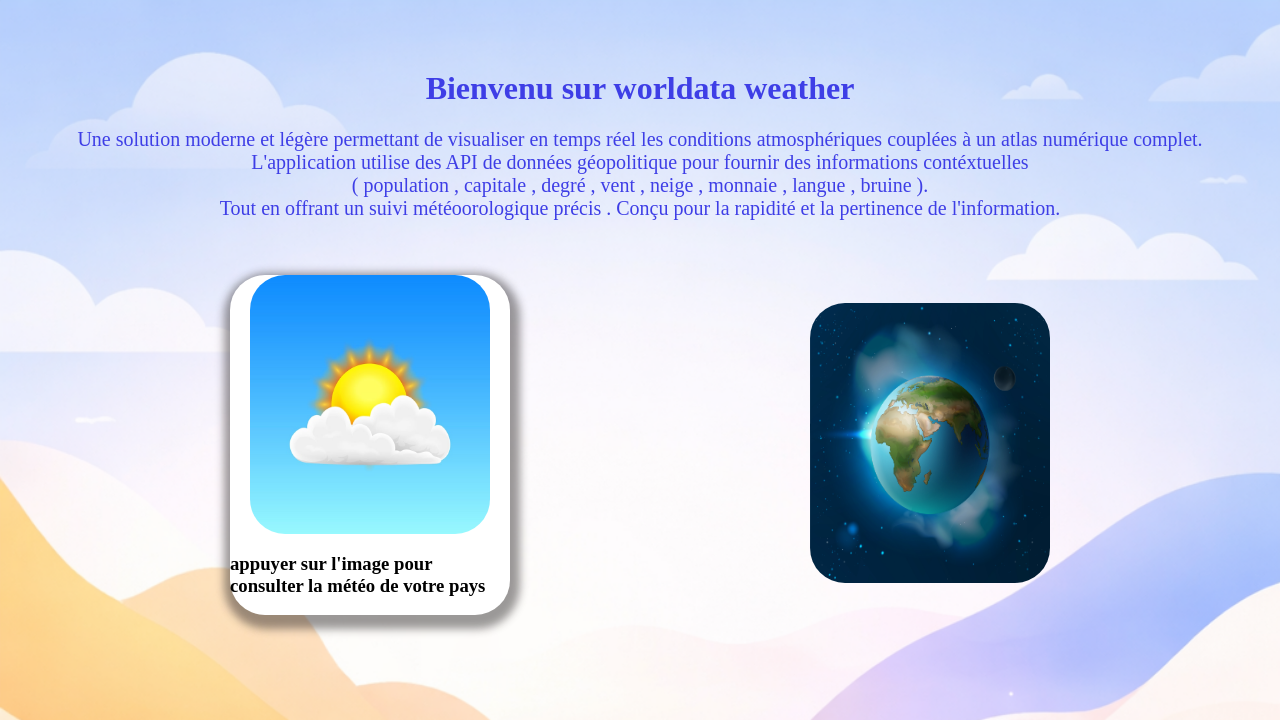
Repository: assanendao171/meteo
Page: index.html
The author's editor kept a copy of each file at every save. The page is drawn from the files as they stood at one save, then again after a run of saves.
The browser window is 1280 px wide. The pictures show the whole page.

Above is the page before, as saved 2026-03-18 17:19:07.

After the next 4 saves:
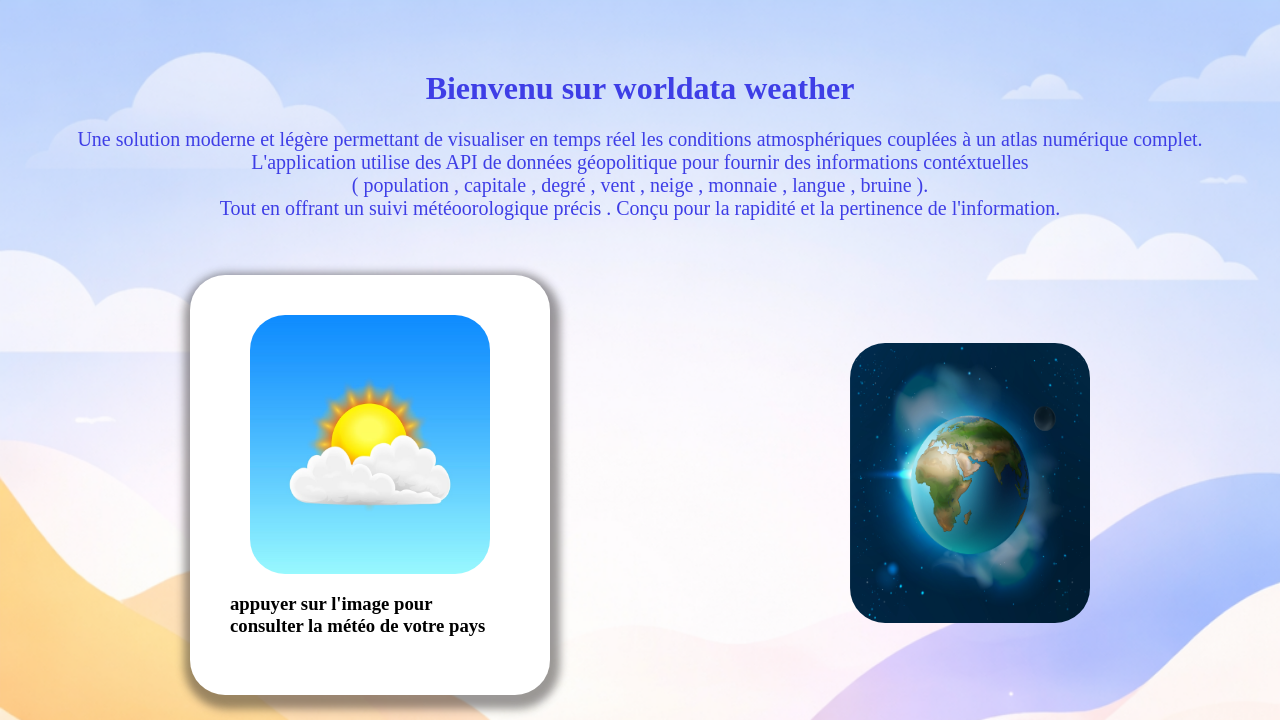
The 4 saves are shown as one change because they came seconds apart.
The last was saved 10 s later.
--- a/style.css
+++ b/style.css
@@ -35,7 +35,7 @@ p{
 #img1{
     width: 280px;
     height: 340px;
-    padding: ;
+    padding:40px;
     background-color: white;
     display: flex;
     flex-direction: column;
